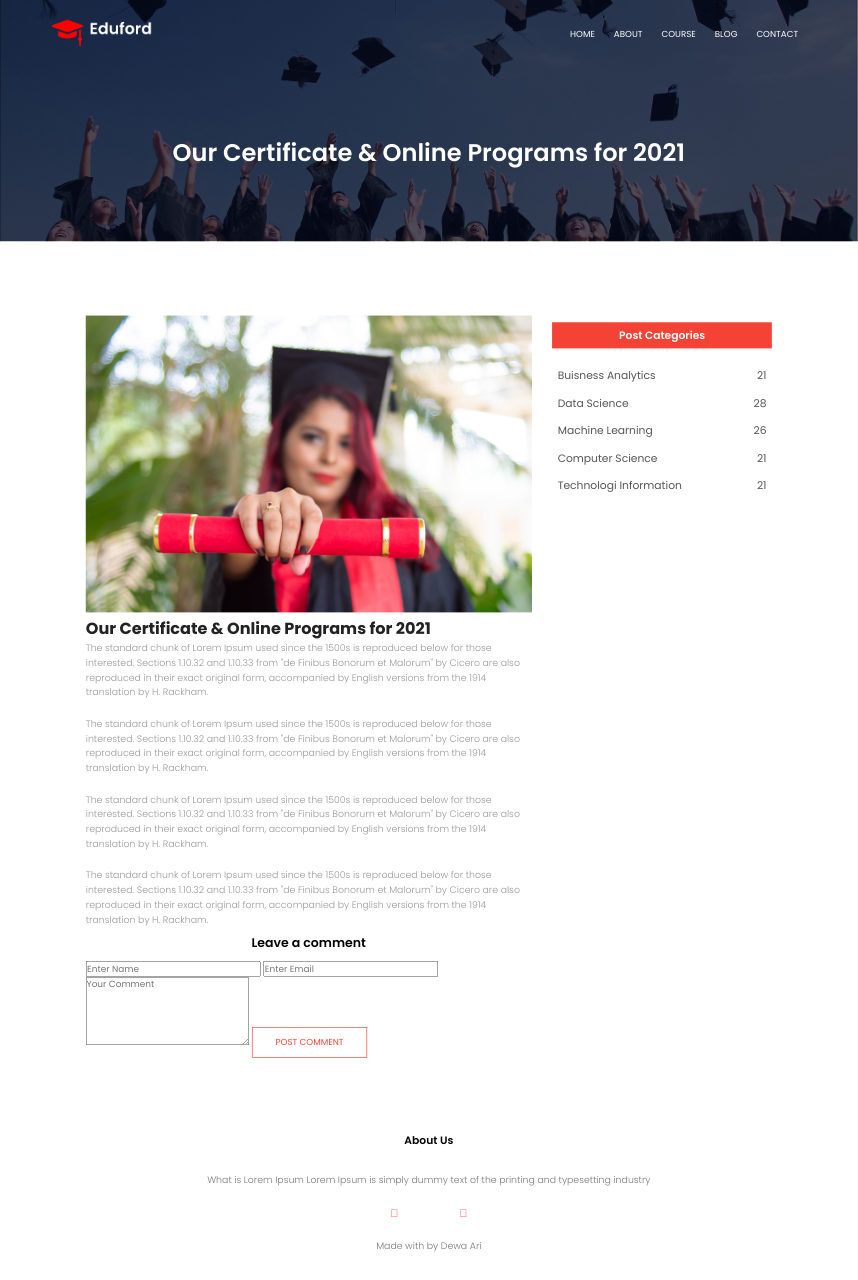
Repository: dewaary/company-profile
Page: blog.html
These files come from the project's save history. The page is drawn as it stood at one moment and after the next save; the edit follows.
The browser window is 1280 px wide. The pictures show the whole page, at 67% of full size.

Above is the page before, as saved 2021-05-08 00:07:11.

After the next save:
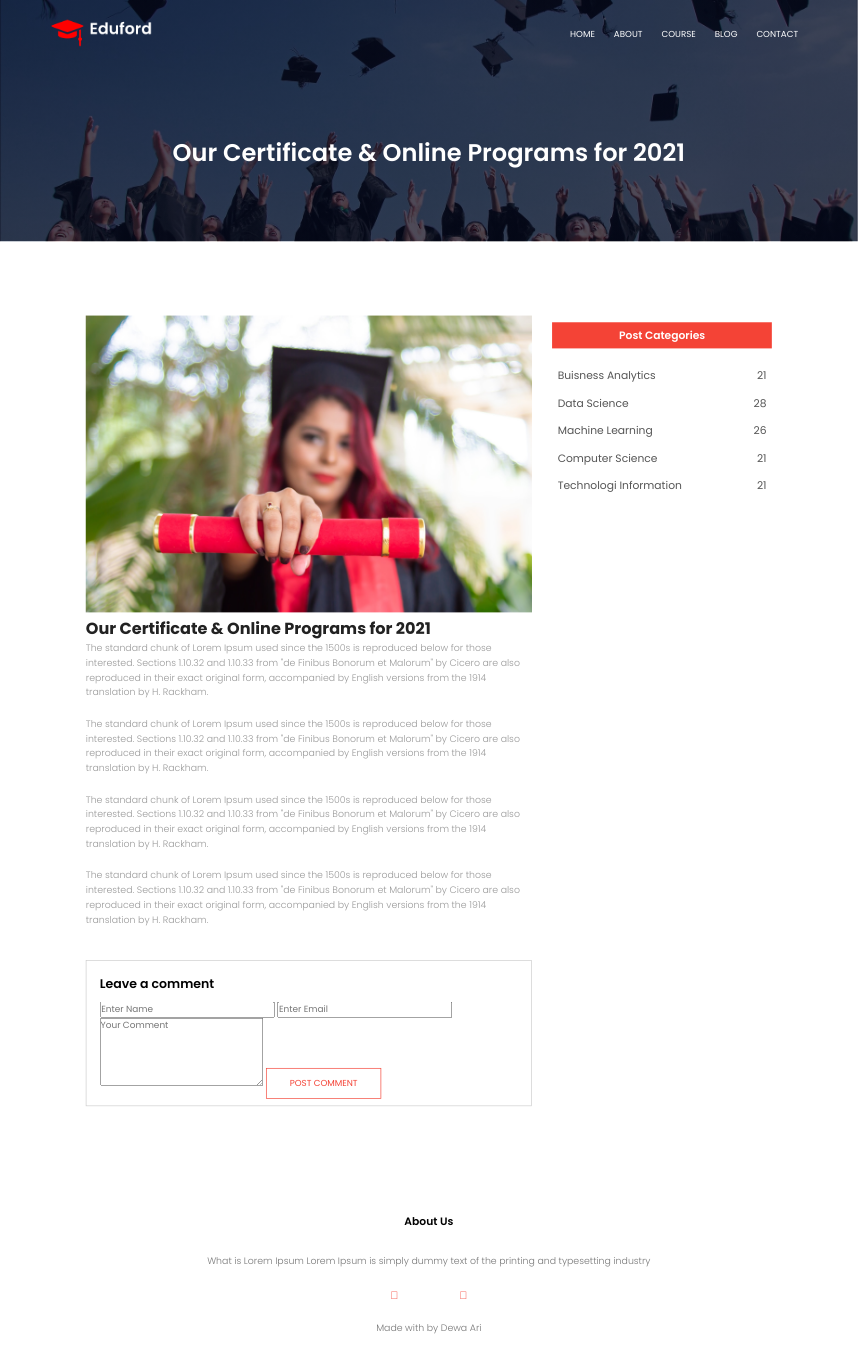
Saved 103 s later.
--- a/style.css
+++ b/style.css
@@ -452,3 +452,13 @@ h3 {
   padding: 8px;
   box-sizing: border-box;
 }
+
+.comment-box{
+  border: 1px solid #ccc;
+  margin: 50px 0;
+  padding: 10px 20px;
+}
+
+.comment-box h3{
+  text-align: left;
+}
